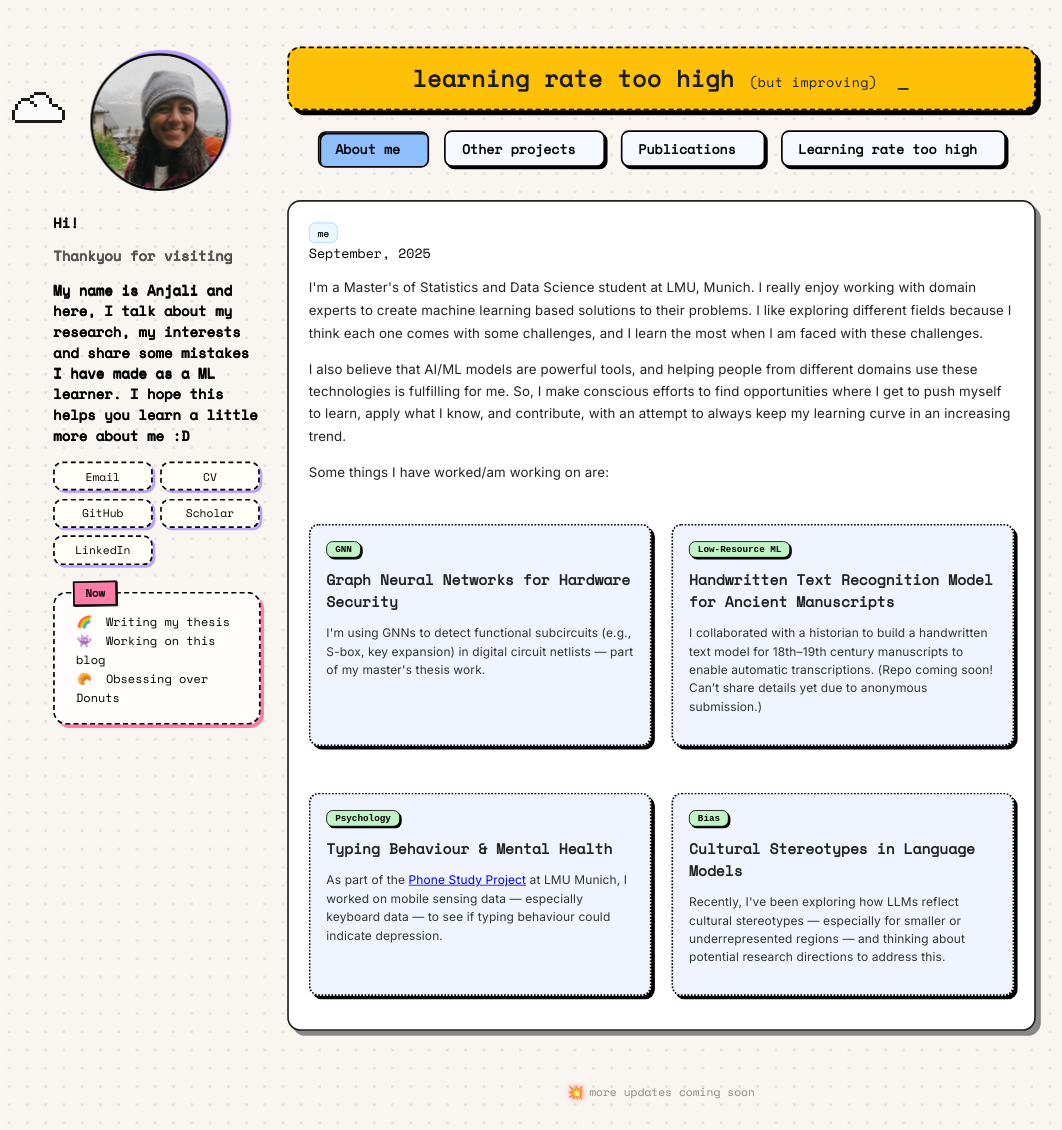
Repository: anjalisarawgi/learning_rate_too_high
Page: index.html
An editor plug-in stored every save of this project. The page is shown before and after the next save, followed by the edit.
The browser window is 1280 px wide. The pictures show the whole page, at 83% of full size.

Above is the page before, as saved 2025-11-04 15:33:57.

After the next save:
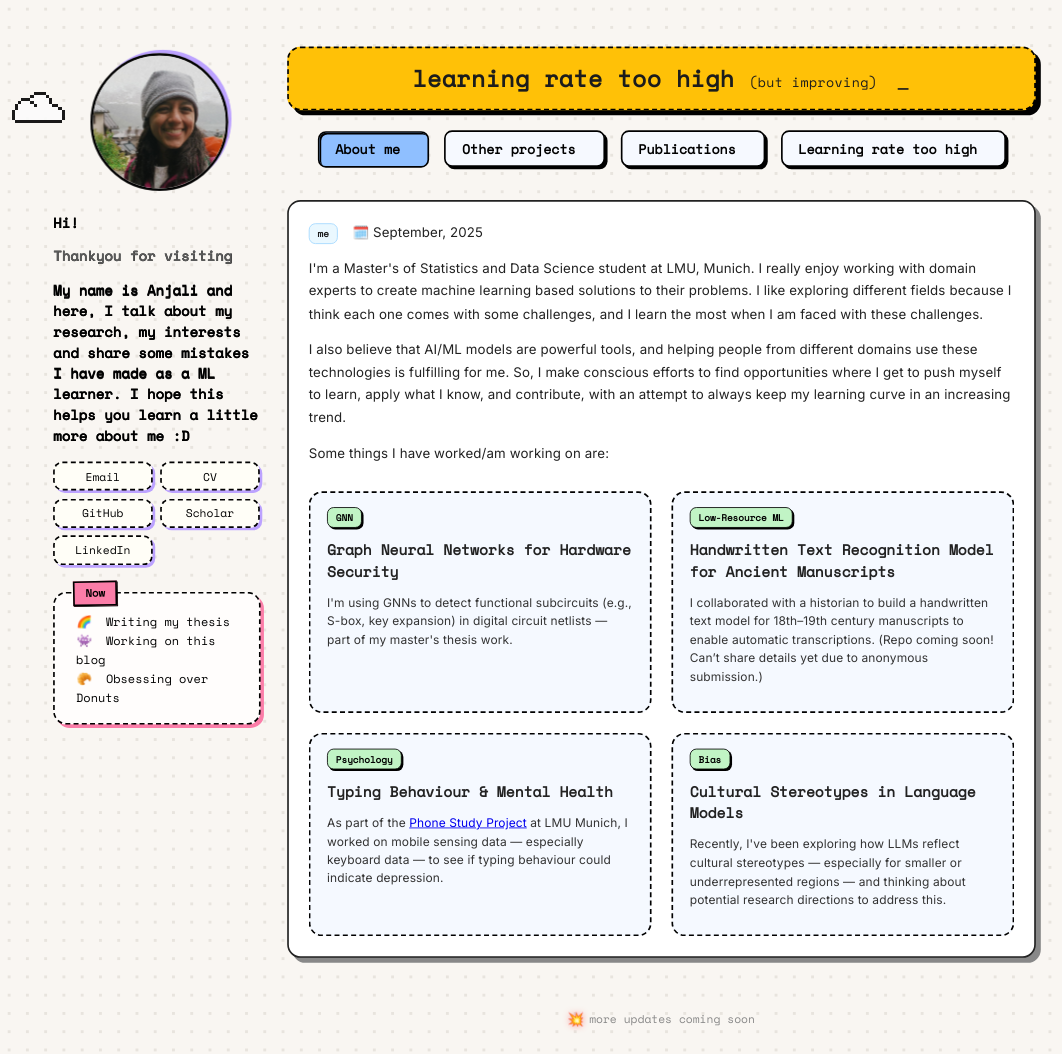
Saved 18 s later.
--- a/index.html
+++ b/index.html
@@ -490,70 +490,7 @@ nav a::after {
 nav a:hover::after {
   opacity: 1;
 }
-/* White content box styling */
-.content-box {
-  background: #fffdf9;
-  border: 2px dashed #2a2a2a;
-  border-radius: 16px;
-  padding: 2rem;
-  box-shadow: 6px 6px 0 #000;
-  font-family: "IBM Plex Mono", monospace;
-  color: #2a2a2a;
-  margin: 2rem auto;
-  width: 90%;
-  max-width: 850px;
-  line-height: 1.6;
-}
-
-/* Header + date style inside content box */
-.content-box .date {
-  font-size: 0.9rem;
-  color: #444;
-  display: flex;
-  align-items: center;
-  margin-bottom: 1rem;
-}
-.content-box .date::before {
-  content: "📅";
-  margin-right: 0.4rem;
-}
-
-/* Paragraph spacing and tone */
-.content-box p {
-  margin-bottom: 1rem;
-}
-
-/* Project cards inside box */
-.project-card {
-  border: 2px dotted #000;
-  border-radius: 12px;
-  background: #f0f4ff;
-  padding: 1.2rem;
-  margin: 1rem 0;
-  box-shadow: 4px 4px 0 #000;
-  font-family: "IBM Plex Mono", monospace;
-}
-
-.project-card h3 {
-  background: #cfe8ff;
-  display: inline-block;
-  padding: 0.2rem 0.6rem;
-  border-radius: 8px;
-  border: 1.5px solid #000;
-  font-size: 0.95rem;
-  margin-bottom: 0.8rem;
-}
-
-.project-card p {
-  font-size: 0.9rem;
-}
-
-/* Hover detail */
-.project-card:hover {
-  transform: translate(-3px, -3px);
-  box-shadow: 6px 6px 0 #000;
-  transition: 0.15s ease;
-}
+
 
   </style>
 </head>
@@ -660,8 +597,7 @@ nav a:hover::after {
       <div class="card" data-tab-content="about" style="display: block;">
         <div class="tag">me</div>
         <!-- <h2>About me</h2> -->
-        <!-- <small>🗓️ September, 2025</small> -->
-        <div class="date">September, 2025</div>
+        <small>🗓️ September, 2025</small>
         <!-- <h2>Hi, I'm Anjali ✨</h2> -->
         <p>I'm a Master's  of Statistics and Data Science student at LMU, Munich. I really enjoy working with domain experts to create machine learning based solutions to their problems. I like exploring different fields because I think each one comes with some challenges, and I learn the most when I am faced with these challenges.        </p>
         <p>I also believe that AI/ML models are powerful tools, and helping people from different domains use these technologies is fulfilling for me. So, I make conscious efforts to find opportunities where I get to push myself to learn, apply what I know, and contribute, with an attempt to always keep my learning curve in an increasing trend.</p>
